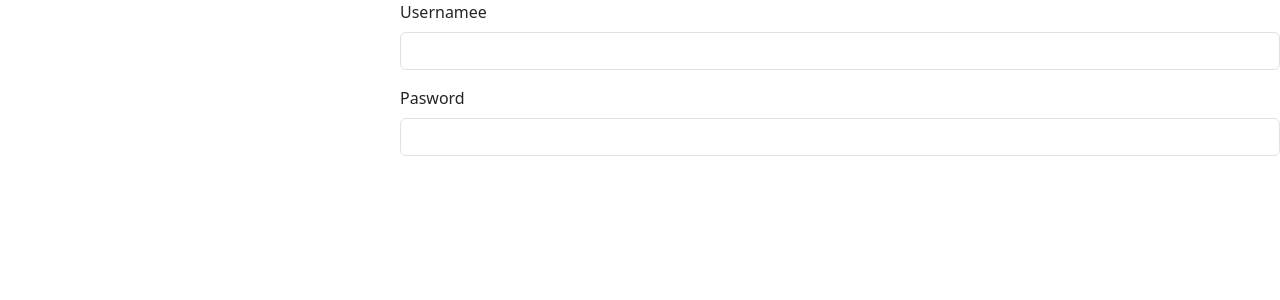
Repository: manit4/cris_batch2
Page: http://localhost/jsp_security/views/index.jsp
An editor plug-in stored every save of this project. The page is shown before and after the next save, followed by the edit.
The browser window is 1280 px wide. The pictures show the whole page.
The page is served by Tomcat 9. Other server files are loaded and not shown.

Above is the page before, as saved 2024-03-01 05:06:45.

### jsp_security/src/main/webapp/views/index.jsp
<%@ page language="java" contentType="text/html; charset=ISO-8859-1"
	pageEncoding="ISO-8859-1"%>
<!DOCTYPE html>
<html>
<head>
<meta charset="ISO-8859-1">
<title>Insert title here</title>

<link
	href="https://cdn.jsdelivr.net/npm/bootstrap@5.3.3/dist/css/bootstrap.min.css"
	rel="stylesheet"
	integrity="sha384-QWTKZyjpPEjISv5WaRU9OFeRpok6YctnYmDr5pNlyT2bRjXh0JMhjY6hW+ALEwIH"
	crossorigin="anonymous">
</head>
<body>
<div style="margin-left: 400px">
	<div class="mb-3">
		<label class="form-label">Usernamee
			</label> <input type="text" class="form-control">
	</div>
	<div class="mb-3">
		<label class="form-label">Pasword
			</label> <input type="password" class="form-control">
	</div>
	</div>
</body>
</html>

After the next save:
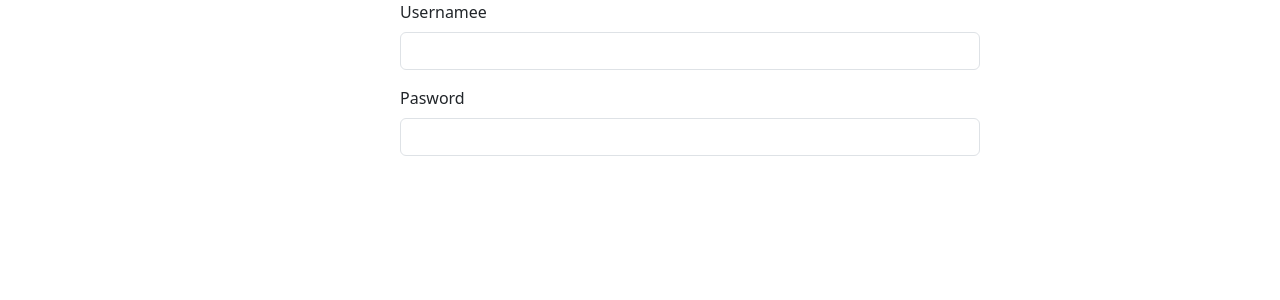
Saved 27 s later.
--- a/jsp_security/src/main/webapp/views/index.jsp
+++ b/jsp_security/src/main/webapp/views/index.jsp
@@ -13,7 +13,7 @@
 	crossorigin="anonymous">
 </head>
 <body>
-<div style="margin-left: 400px">
+<div style="margin-left: 400px; margin-right: 300px">
 	<div class="mb-3">
 		<label class="form-label">Usernamee
 			</label> <input type="text" class="form-control">
